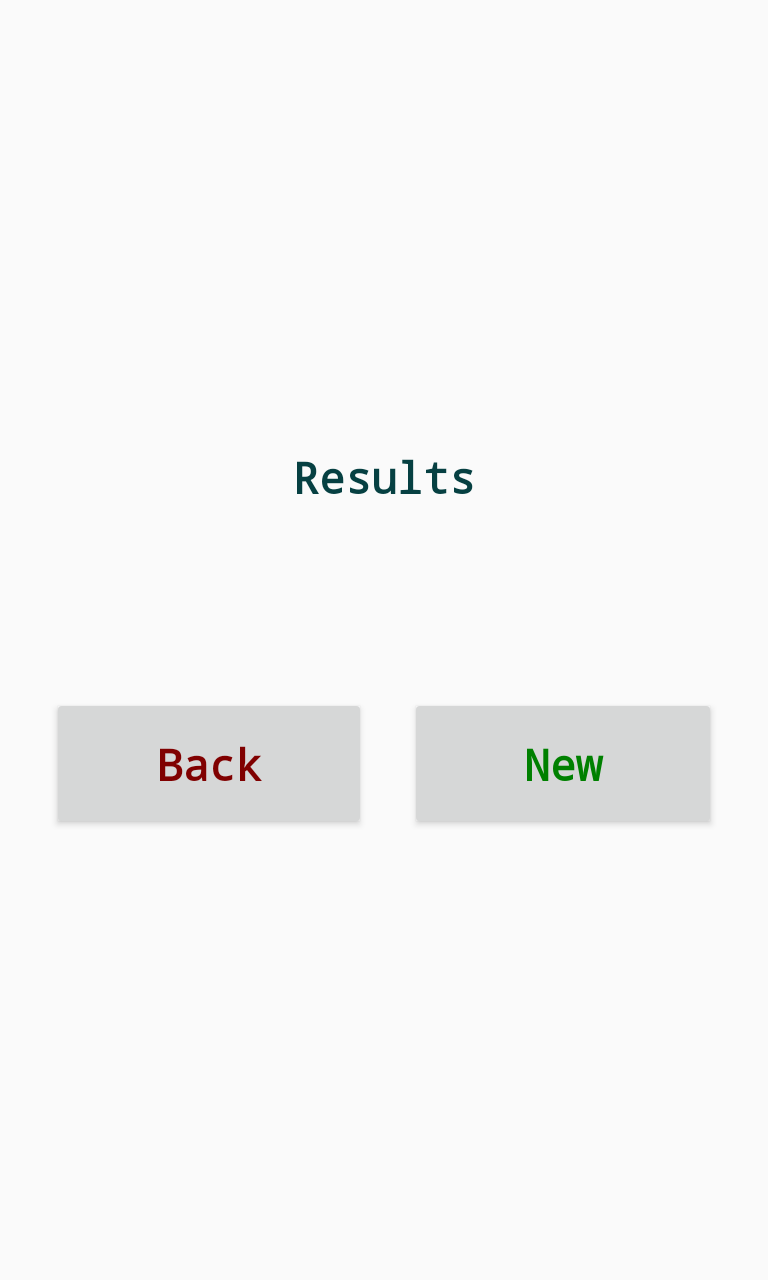
Repository: rontejada1991/Combinations-and-Permutations-Android-App
Layout: combinations/res/layout/activity_result.xml
The author's editor kept a copy of each file at every save. The layout is drawn from the files as they stood at one save, then again after the next save.
It is drawn on a 768 x 1280 px phone screen (xhdpi) without system bars, with theme AppTheme; the app's code is not run.

Above is the layout before, as saved 2014-11-07 21:35:43.

### combinations/res/layout/activity_result.xml
<LinearLayout xmlns:android="http://schemas.android.com/apk/res/android"
    xmlns:tools="http://schemas.android.com/tools"
    android:layout_width="match_parent"
    android:layout_height="match_parent"
	android:orientation="vertical"
	android:gravity="center"
	android:padding="25dp"
    tools:context="com.silvercloudgames.combinations.ResultActivity" >

	<TextView
	    android:id="@+id/tv_title"
        style="@style/CodeFont"
        android:layout_width="fill_parent"
        android:text="Results"
        android:layout_marginBottom="20dp" />

    <TextView
        style="@style/CodeFont.Med"
        android:id="@+id/tv_data"
        android:layout_width="fill_parent"
        android:layout_marginBottom="20dp" />

    <ScrollView
	    android:layout_width="fill_parent"
	    android:layout_height="wrap_content" >

    	<TextView
	        android:id="@+id/tv_result"
	        style="@style/CodeFont"
	        android:layout_width="fill_parent" />

    </ScrollView>

   	<LinearLayout
	    android:layout_width="fill_parent"
	    android:layout_height="wrap_content"
	    android:orientation="horizontal"
	    android:gravity="center">

    <Button
        android:id="@+id/b_back"
        style="@style/CodeFont"
        android:text="Back"
        android:padding="20dp"
        android:layout_weight="1"
        android:textColor="#800000"
        android:layout_marginRight="10dp"
        android:onClick="onBackPressed" />

   	<Button
   	    android:id="@+id/b_new_problem"
        style="@style/CodeFont"
        android:text="New"
        android:padding="20dp"
        android:layout_weight="1"
        android:textColor="#008000"
        android:layout_marginLeft="10dp"
        android:onClick="onNextPressed" />

	</LinearLayout>


</LinearLayout>

### combinations/res/values/code_font.xml
<?xml version="1.0" encoding="utf-8"?>
<resources xmlns:android="http://schemas.android.com/apk/res/android">

    <style name="CodeFont">
        <item name="android:layout_width">wrap_content</item>
        <item name="android:layout_height">wrap_content</item>
        <item name="android:textColor">#064042</item>
        <item name="android:textStyle">bold</item>
        <item name="android:typeface">monospace</item>
        <item name="android:gravity">center</item>
        <item name="android:textAppearance">@android:style/TextAppearance.Large</item>
    </style>

    <style name="CodeFont.Med">
        <item name="android:textAppearance">@android:style/TextAppearance.Medium</item>
    </style>

    <style name="CodeFont.Italic">
        <item name="android:textStyle">italic</item>
    </style>

</resources>

Loaded but not shown: combinations/res/values/styles.xml (common file); combinations/res/values-v11/styles.xml (common file); combinations/res/values-v14/styles.xml (common file)

After the next save:
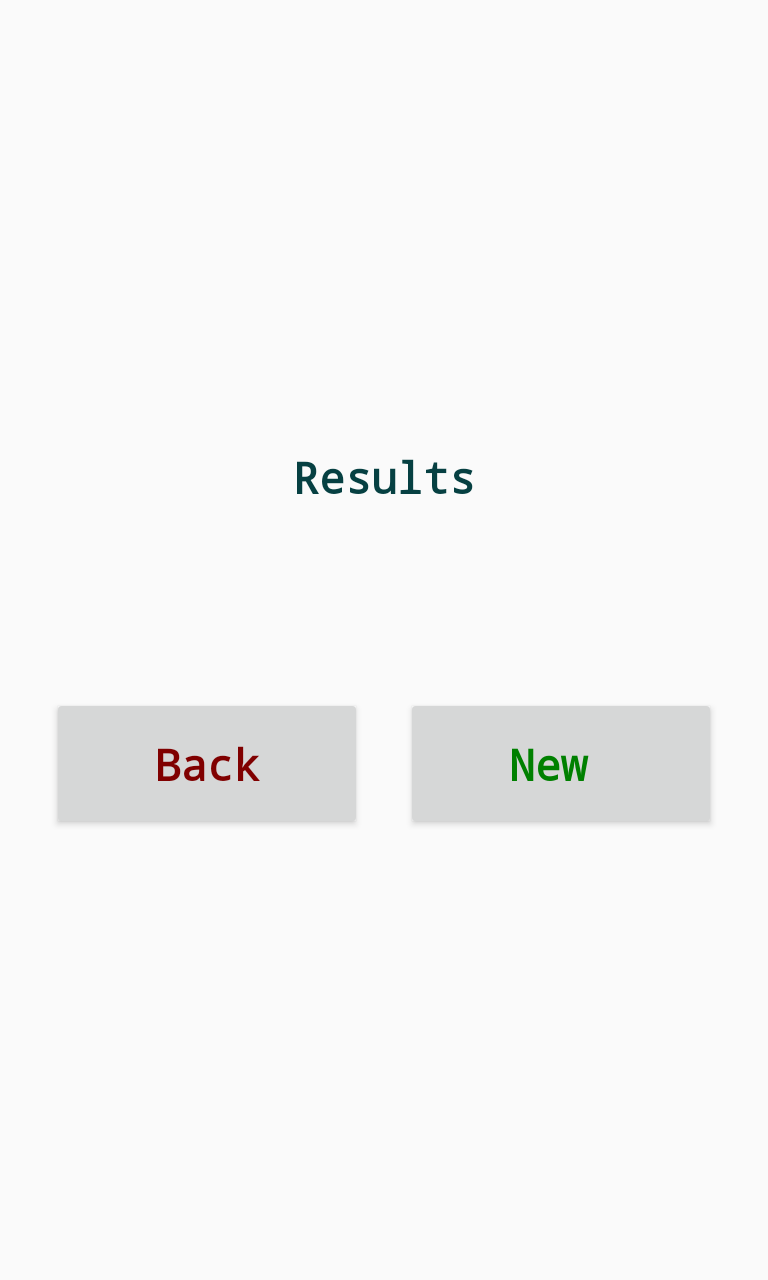
Saved 14 s later.
--- a/combinations/res/layout/activity_result.xml
+++ b/combinations/res/layout/activity_result.xml
@@ -50,7 +50,7 @@
    	<Button
    	    android:id="@+id/b_new_problem"
         style="@style/CodeFont"
-        android:text="New"
+        android:text="New "
         android:padding="20dp"
         android:layout_weight="1"
         android:textColor="#008000"

After the save that followed:
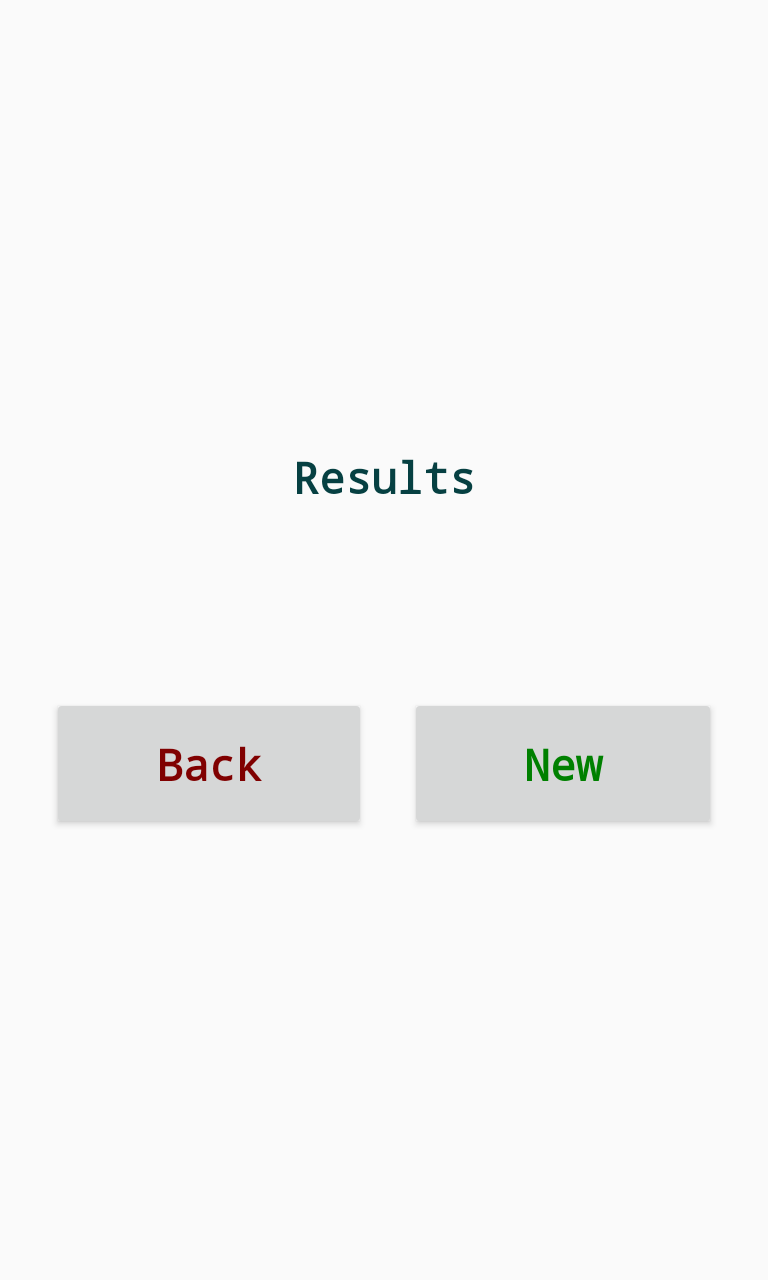
Saved 7 s later.
--- a/combinations/res/layout/activity_result.xml
+++ b/combinations/res/layout/activity_result.xml
@@ -50,7 +50,7 @@
    	<Button
    	    android:id="@+id/b_new_problem"
         style="@style/CodeFont"
-        android:text="New "
+        android:text="New"
         android:padding="20dp"
         android:layout_weight="1"
         android:textColor="#008000"
